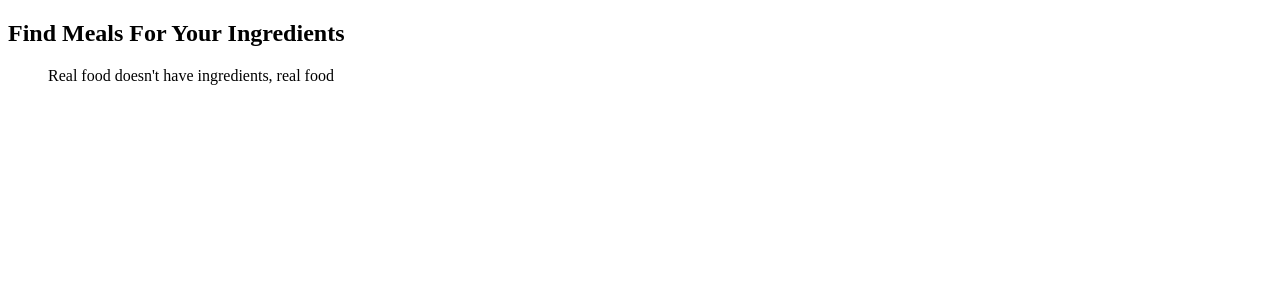
Repository: HUUDUC1998/food-recipe-app-project
Page: index.html
The author's editor kept a copy of each file at every save. The page is drawn from the files as they stood at one save, then again after the next save.
The browser window is 1280 px wide. The pictures show the whole page.
Some web libraries are served in a nearby version.

Above is the page before, as saved 2022-02-08 23:45:15.

### index.html
<!DOCTYPE html>
<html lang="en">
<head>
    <meta charset="UTF-8">
    <meta http-equiv="X-UA-Compatible" content="IE=edge">
    <meta name="viewport" content="width=device-width, initial-scale=1.0">
    <link rel="stylesheet" href="/index.css">
    <link href="https://cdnjs.cloudflare.com/ajax/libs/font-awesome/5.13.0/css/all.min.css" rel="stylesheet">
    <title>Food Recipe App </title>
</head>
<body>
    <div class="container">
        <div class="meal-wrapper">
            <div class="meal-search">
                <h2 class="title">Find Meals For Your Ingredients</h2>
                <blockquote>Real food doesn't have ingredients, real food</blockquote>
            </div>
        </div>
    </div>
    <script src="/index.js"></script>
</body>
</html>

### index.css
@import url("https://fonts.googleapis.com/css2?family=Open+Sans:wght@300&family=Poppins:wght@200;300;500;700;800&display=swap");

Loaded but not shown: index.js (no stored copy; drawn as an empty file)

After the next save:
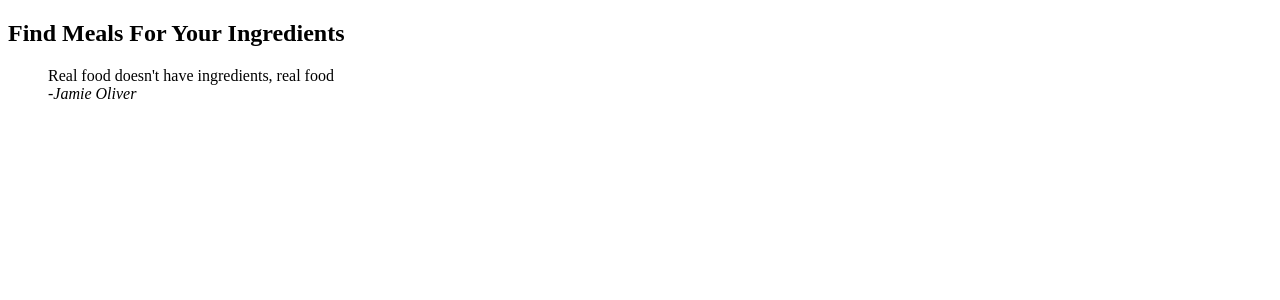
Saved 56 s later.
--- a/index.html
+++ b/index.html
@@ -13,7 +13,7 @@
         <div class="meal-wrapper">
             <div class="meal-search">
                 <h2 class="title">Find Meals For Your Ingredients</h2>
-                <blockquote>Real food doesn't have ingredients, real food</blockquote>
+                <blockquote>Real food doesn't have ingredients, real food<br><cite>-Jamie Oliver</cite></blockquote>
             </div>
         </div>
     </div>
